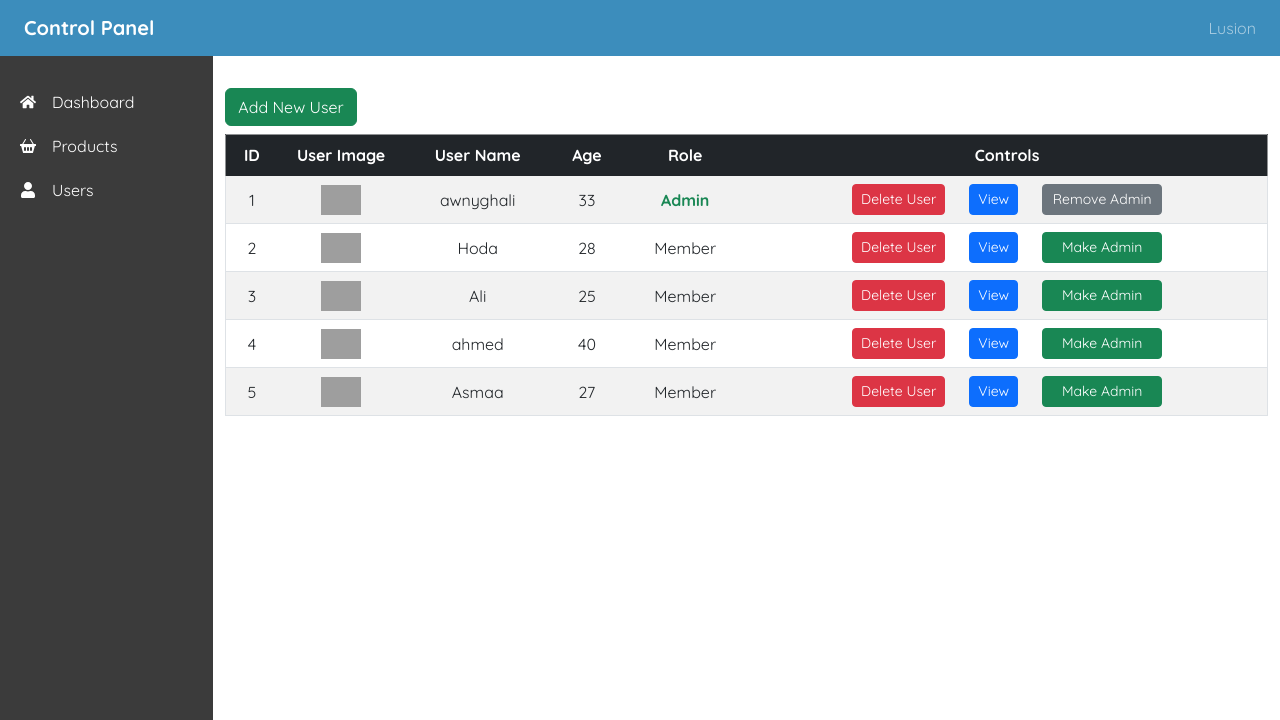
Repository: AWNY-ABOUGHALY/lusion-e-commerce-react
Page: /admin/users
The author's editor kept a copy of each file at every save. The page is drawn from the files as they stood at one save, then again after the next save.
The browser window is 1280 px wide. The pictures show the whole page.
Pictures or frames that could not be fetched are drawn as grey boxes. The page's requests for data from a server got no answer. The project was rebuilt for these pictures with package versions that can differ from the ones it lists, and the page was loaded fresh each time. Some packages were replaced by stand-ins written for this rebuild. No one was signed in, and anything a server would have sent is missing. Requests to the local data server were answered from the project's data file. Also part of the build but not shown: src/Components/ClientSide/Homeslider.js, src/Components/ClientSide/Homecategory.js, src/Components/ClientSide/Shopnowbtn.js, src/Components/ClientSide/Homeshop.js, src/Components/ClientSide/Homerestfirst.js, src/Components/ClientSide/Homerestlast.js, src/Styles/Home.css, src/Components/ClientSide/ClientNavbar.js and 22 more.

Above is the page before, as saved 2023-02-28 15:12:27.

### public/index.html
<!DOCTYPE html>
<html lang="en">
  <head>
    <meta charset="utf-8" />
    <meta name="viewport" content="width=device-width, initial-scale=1" />
    <link rel="preconnect" href="https://fonts.googleapis.com">
    <link rel="preconnect" href="https://fonts.gstatic.com" crossorigin>
    <link href="https://fonts.googleapis.com/css2?family=Quicksand:wght@300;400;500;600;700&family=Work+Sans:wght@200;300;400;500;600;800&display=swap" rel="stylesheet">
    <title>Lusion</title>
  </head>
  <body>
    <div id="root"></div>
  </body>
</html>

### src/index.js
import React from 'react';
import ReactDOM from 'react-dom/client';
import { BrowserRouter } from 'react-router-dom'
import 'bootstrap/dist/css/bootstrap.min.css'
import App from './App';

const root = ReactDOM.createRoot(document.getElementById('root'));
root.render(
  <BrowserRouter>
    <App />
  </BrowserRouter>
);

### src/App.js
import React, { Fragment, useEffect, useState } from 'react'
import { Route, Routes } from 'react-router-dom';
import './Styles/App.css';
import Home from './Pages/Home';
import Shop from './Pages/Shop';
import Cart from './Pages/Cart';
import SignIn from './Pages/SignIn';
import SignUp from './Pages/SignUp';
import Admin from './Pages/Admin';
import Page404 from './Pages/Page404';
import AdminProducts from './Components/AdminSide/AdminProducts'
import AddNewProduct from './Components/AdminSide/AddNewProduct';
import ViewProduct from './Components/AdminSide/ViewProduct';
import EditProduct from './Components/AdminSide/EditProduct';
import AdminUsers from './Components/AdminSide/AdminUsers';
import AddNewUser from './Components/AdminSide/AddNewUser';
import ViewUser from './Components/AdminSide/ViewUser';
import Settings from './Pages/Settings';
import Profile from './Pages/Profile';
import Store from './Context/Store';
import axios from 'axios';

function App() {
  const [cart, setCart] = useState([]);
  const [activeUser, setActiveUser] =  useState({});
  const [base_URL, setBase_URL] = useState("https://my-json-server.typicode.com/AWNY-ABOUGHALY/json")

  useEffect(()=>{
    // For Refresh Status
    if(!activeUser.token && localStorage.token) {
      axios.get(`${base_URL}/users/`)
      .then(data=>{setActiveUser(...data.data.filter((userA)=>{
        return userA.username === localStorage.username
     }))})
    }
  },[])

  useEffect(()=>{
    activeUser.token &&
    axios({
      method: 'put',
      url: `${base_URL}/users/${activeUser.id}`,
      data: {...activeUser, cart}
    })
  },[cart])

  useEffect(()=>{
    activeUser.cart && setCart(activeUser.cart)
  },[activeUser])

  const userOnline = ({username, id}, token)=>{
    if(id){
      axios.get(`${base_URL}/users/${id}`)
      .then(data=>setActiveUser(data.data))
    } else {
      axios.get(`${base_URL}/users`)
      .then(data=>setActiveUser(
        ...data.data.filter((userA)=>{
          return userA.username === username
        })
      ))
    }
    localStorage.username = username
    localStorage.token = token
  }

  const logOutUser = ()=>{
    setActiveUser({})
    setCart([])
    localStorage.clear()
  }

  const updateActiveUser = (id)=>{
    axios.get(`${base_URL}/users/${id}`)
    .then(data=>setActiveUser(data.data))
  }

  let addtocart = (product)=>{
    let checker = cart.some(e=>{
      return e.id === product.id
    })
    if(checker){
      let [cartProduct] = cart.filter((e)=>{
        return e.id === product.id
      })
      if(cartProduct.items > 0) {
        cartProduct.count++;
        cartProduct.items--;
        setCart([...cart]);
      }
    } else {
      product.count = +1;
      product.items--;
      setCart([...cart, product])
    }
  }
  let plusbtn = (product)=>{
    product.items>0&&(<>{product.items--}{product.count++}</>)
    setCart([...cart])
  }
  let minusbtn = (product)=>{
    product.count > 1 &&(<>{product.items++}{product.count--}</>)
    setCart([...cart])
  }
  let trashbtn = (product)=>{
    let restcart = cart.filter(e=>{
      return e.id !== product.id
    })
    setCart(restcart)
  }
  let totalamount = cart.length > 0 ? cart.map(e=>e.price * e.count).reduce((i,c)=>i + c) : 0;
  return (
    <Fragment>
      <Store.Provider
        value={{cart, addtocart, plusbtn, minusbtn, trashbtn, totalamount, activeUser, userOnline, logOutUser, updateActiveUser, base_URL}}>
        <Routes>
          <Route path='/' element={<Home/>}/>
          <Route path='/shop' element={<Shop/>}/>
          <Route path='/cart' element={<Cart/>}/>
          <Route path='/signin' element={<SignIn/>}/>
          <Route path='/signup' element={<SignUp/>}/>
          <Route path='/settings' element={<Settings/>}/>
          <Route path='/profile' element={<Profile/>}/>
          <Route path='/admin' element={<Admin/>}/>
          <Route path='/admin/products' element={<AdminProducts/>}/>
          <Route path='/admin/products/add' element={<AddNewProduct/>}/>
          <Route path='/admin/products/view/:productId' element={<ViewProduct/>}/>
          <Route path='/admin/products/edit/:productId' element={<EditProduct/>}/>
          <Route path='/admin/users' element={<AdminUsers/>}/>
          <Route path='/admin/users/add' element={<AddNewUser/>}/>
          <Route path='/admin/users/view/:userId' element={<ViewUser/>}/>
          <Route path='*' element={<Page404/>}/>
        </Routes>
      </Store.Provider>
    </Fragment>
  );
}
export default App;

### src/Styles/App.css
/************** Global Style ******************/
body {
    font-family: 'Quicksand', sans-serif;
  }
.flex-center {
    display: flex;
    justify-content: center;
    align-items: center;
}
.flex-start {
    display: flex;
    justify-content: flex-start;
    align-items: center;
}
.flex-col-center {
    display: flex;
    flex-direction: column;
    justify-content: center;
    align-items: center;
}
:root {
    --second-bg: #f5f5f5;
}
.closeicon {
    font-size: 24px;
    padding: 7px 7px 0 0;
    color: #d1d1d1;
    transition: 0.8s;
}
.closeicon:hover {
    color: #696969;
    cursor: pointer;
    transition: 0.8s;
}
.g-dash {
    font-weight: bold;
    color: #198754;
}
/******* Form Style *******/
.inpts {
    padding: 2px 10px;
}
.inpts::placeholder {
    font-size: 0.9rem;
    color: rgba(0, 0, 0, 0.459);
}
.inpts:focus, .inptbtn:focus {
    box-shadow: none;
    border-color: #198754bd;
    transition: 0.5s;
}

### src/Components/AdminSide/AdminUsers.js
import React, {Fragment, useEffect, useState, useContext} from 'react'
import { Container, Table, Row, Col } from 'react-bootstrap';
import '../../Styles/Admin.css'
import { Button } from 'react-bootstrap';
import AdminNavbar from './AdminNavbar';
import AdminSidebar from './AdminSidebar';
import { Link } from 'react-router-dom';
import axios from 'axios';
import Swal from 'sweetalert2';
import Store from '../../Context/Store';

function AdminUsers() {
  const [users, setUsers] = useState([]);
  const {base_URL} = useContext(Store)

  const getUsers = ()=>{
    axios({
      method: 'get',
      url: 'http://localhost:9000/users'
    }).then(data=>
      setUsers(data.data))
  }
  useEffect(()=>{
    getUsers();
  },[])

  const userRole = (user)=>{
    axios({
      method:'put',
      url:`http://localhost:9000/users/${user.id}`,
      data: {...user, role: user.role==="Admin"? "Member" : "Admin"},
    }).then(getUsers())
    getUsers();
  }
  const deletebtn = (user)=>{
    Swal.fire({
      title: 'Are you sure?',
      text: "You won't be able to revert this!",
      icon: 'warning',
      showCancelButton: true,
      confirmButtonColor: '#d33',
      cancelButtonColor: '#198754',
      confirmButtonText: 'Yes, delete User!'
    }).then((result) => {
      if (result.isConfirmed) {
        axios({
          method: 'delete',
          url: `http://localhost:9000/users/${user.id}`
        }).then(getUsers())
        Swal.fire(
          'Deleted!',
          'Your file has been deleted.',
          'success'
        )
        getUsers();
      }
    })
  }
  return (
    <Fragment>
    <AdminNavbar/>
    <Row className='gx-0 adminWorkSpace text-center text-sm-start'>
      <Col sm={3} lg={2}><AdminSidebar/></Col>
      <Col sm={9} lg={10} className="py-4">
      <Container>
        <Button as={Link} to='/admin/users/add' variant='success' className='my-2'>Add New User</Button>
        <Table striped hover responsive>
          <thead variant="dark" className='table-dark border border-dark border-opacity-50'>
            <tr>
              <th>ID</th>
              <th className='thwidth'>User Image</th>
              <th className='thwidth'>User Name</th>
              <th>Age</th>
              <th>Role</th>
              <th>Controls</th>
            </tr>
          </thead>
          <tbody className='border'>
            {users.map((user)=>(
              <tr className='producttr' key={user.id}>
                <td>{user.id}</td>
                <td className='productimage'><img src={user.image} alt={user.name}/></td>
                <td>{user.username}</td>
                <td>{user.age}</td>
                <td className={user.role === 'Admin'?'text-success fw-bold':''}>{user.role}</td>
                <td>
                  <div className='flex-center'>
                    <Button variant='danger' size={'sm'} className='text-nowrap'
                      onClick={()=>{deletebtn(user)}}>Delete User
                    </Button>
                    <Button as={Link} to={`/admin/users/view/${user.id}`}
                      variant='primary' size={'sm'} className='mx-1 mx-lg-3 mx-xl-4'>View
                    </Button>
                    <Button onClick={()=>{userRole(user)}}
                      className='text-nowrap makeAdmin' size={'sm'}
                      variant={user.role==='Admin'?'secondary':'success'}>
                       {user.role==='Admin'?'Remove Admin':'Make Admin'}
                    </Button>
                  </div>
                </td>
              </tr>
            ))}
          </tbody>
        </Table>
      </Container>
      </Col>
    </Row>
    </Fragment>
  )
}
export default AdminUsers;

### src/Context/Store.js
import { createContext } from "react";

const Store = createContext({
    cart: [],
    addtocart: ()=>{},
    plusbtn: ()=>{},
    minusbtn: ()=>{},
    trashbtn: ()=>{},
    totalamount: 0,
    activeUser: {},
    userOnline: ()=>{},
    logOutUser: ()=>{},
    updateActiveUser: ()=>{},
    base_URL: "",
})

export default Store;

### src/Styles/Admin.css
/********* Admin Navbar *********/
.adminNavbar {
    background-color: #3C8DBC;
}
/********* Admin Sidebar *********/

@media (min-width: 576px) {
    .adminSidebar {
        background-color: rgb(59, 59, 59);
        color: white;
        min-height: calc(100vh - 56px);
    }
    .adminSidebar .options {
        display: flex;
        justify-content: flex-start;
        align-items: center;
        padding: 10px 20px;
        cursor: pointer;
        text-decoration: none;
        color:white;
    }
}
@media (max-width: 575px) {
    .adminSidebar {
        display: flex;
        justify-content: center;
        align-items: center;
        background-color: rgb(59, 59, 59);
        color: white;
        height: 3rem;
    }
    .adminSidebar .options {
        display: flex;
        justify-content: center;
        align-items: center;
        padding: 10px 20px;
        cursor: pointer;
        text-decoration: none;
        color:white;
    }
}
@media (max-width: 400px) {
    .adminSidebar .options {
        padding: 10px 8px;
    }
    .adminSidebar .options span:first-child {
        font-size: 0.8rem;
    }
    .adminSidebar .options span:last-child {
        font-size: 1rem;
    }
}
@media (max-width: 330px) {
    .adminSidebar .options {
        padding: 10px 5px;
    }
    .adminSidebar .options span:first-child {
        font-size: 0rem;
    }
    .adminSidebar .options span:last-child {
        font-size: 0.9rem;
    }
}
.adminSidebar a {
    text-decoration: none!important;
}
.adminSidebar .options:hover {
    background-color: rgb(22, 22, 22);
}
.adminSidebar .optionslink {
    text-decoration: none;
    color:white;
}
/**** Admin Dashboard & (--Products & Users (AddNew & View)--) ****/
.adminWorkSpace {
    height: calc(100vh - 56px);
}
.producttr td, th {
    vertical-align:middle;
    text-align: center;
}
.productimage {
    padding: 2px 8px!important;
}
.productimage img {
    width: 40px;
}
.thwidth {
    max-width: 5rem;
}
.addinptspecial {
    padding: 2px 10px;
}
.addinptspecial::placeholder {
    font-size: 14px;
    color: rgba(0, 0, 0, 0.459);
}
.addinputs:focus {
    box-shadow: none;
    border-color: #198754bd;
    transition: 0.5s;
}
.addconfirm, .addfillfields {
    display: block;
    text-align: center;
}
.removeconfirm, .removefillfields {
    display: none;
}
.imgexample {
    font-size: 12px;
    opacity: 0.7;
}
.loading {
    width: 23px;
    height: 23px;
    margin: 0px 8px;
    border-radius: 50%;
    border: 2px solid #fff;
    border-color: #fff transparent #fff transparent;
    animation: loading 1s linear infinite;
  }
  @keyframes loading {
    0% {transform: rotate(0deg)}
    100% {transform: rotate(360deg)}
}
.awny {
    background-color: whitesmoke;
    font-weight: bold;
}
.userdetails {
    border: 2px dashed rgb(211, 211, 211);
    position: relative;
}
.userdetails::before {
    content: 'User Informations';
    position: absolute;
    top: -11px;
    left: 0;
    font-size: 13px;
    background-color: rgb(255, 255, 255);
    padding: 1px 5px;
}
.userrole {
    display: inline-block;
    font-size: 0.83rem;
    background-color: white;
    color: #DC3545;
    padding: 2px 7px;
    border-radius: 5px;
    font-weight: bold;
}
.makeAdmin {
    width: 7.5rem;
}

### src/Components/AdminSide/AdminNavbar.js
import React from 'react'
import { Navbar, Nav } from 'react-bootstrap'
import { Link } from 'react-router-dom';
import '../../Styles/Navbar.css'

function AdminNavbar() {
  return (
    <Navbar collapseOnSelect expand="lg" className='adminNavbar' variant="dark">
      <Nav className="me-auto ps-2 ps-sm-4">
        <Navbar.Brand as={Link} to='/admin' className='fw-bold'>Control Panel</Navbar.Brand>
      </Nav>
      <Navbar.Toggle aria-controls="responsive-navbar-nav" className='shadow-none me-2 me-sm-4'/>
      <Navbar.Collapse id="responsive-navbar-nav" className='me-4'>
        <Nav>
          <Link className='links' to="/">Lusion</Link>
        </Nav>
      </Navbar.Collapse>
    </Navbar>
  )
}
export default AdminNavbar;

### src/Components/AdminSide/AdminSidebar.js
import React from 'react'
import '../../Styles/Admin.css'
import { FaHome, FaUser } from "react-icons/fa";
import { BsBasket2Fill } from 'react-icons/bs';
import { Link } from 'react-router-dom';

function AdminSidebar() {
  return (
    <div className='adminSidebar py-4'>
      <Link to="/admin"><div className='options'>
        <span className='me-2 me-sm-3 flex-center'><FaHome/></span>
        <span>Dashboard</span>
      </div></Link>
      <Link to="/admin/products"><div className='options option2'>
        <span className='me-2 me-sm-3 flex-center'><BsBasket2Fill/></span>
        <span>Products</span>
      </div></Link>
      <Link to="/admin/users"><div className='options'>
        <span className='me-2 me-sm-3 flex-center'><FaUser/></span>
        <span className='flex-center'>Users</span>
      </div></Link>
    </div>
  )
}
export default AdminSidebar;

### src/Styles/Navbar.css
Nav .links {
    color: #ffffff8c;
    text-decoration: none;
    transition: 0.7s;
}
Nav .links:hover {
    color: #fff;
    transition: 0.7s;
}
.cartbtn {
    margin: 0 10px;
    width: 2rem;
    height: 2rem;
    padding: 0px;
    color: #ffffff8c;
    background-color: transparent;
    border-color: #ffffff8c;
}
.cartbtn:hover {
    color: #fff;
    border-color: #fff;
    background-color: transparent;
}
.cartbtn:active {
    background-color: #ffffff!important;
    border-color: #fff!important;
    color: #059e05b7!important;
}
.cartnav {
    position: relative;
}
.shopcart {
    position: absolute;
    color: white!important;
    display: flex;
    justify-content: center;
    align-items: center;
    width: 1.3rem;
    height: 1.3rem;
    font-size: 13px;
    border-radius: 50%;
    bottom: 15px;
    right: 1px;
    text-decoration: none;
    transition: 0.7s;
}
.navbar-collapse {
    flex-grow: 0!important;
}
/* .clearst {
    cursor: pointer;
} */
/****** Dropdown *********/
.dropname {
    padding-bottom: 0px!important;
}
.dropusername {
    padding-top: 0px!important;
    font-size: 13px;
}
.dropname:hover, .dropusername:hover {
    background-color: transparent!important;
}
.dropitems:hover {
    background-color: #212529;
    color: white;
}
.dropdown-menu[data-bs-popper] {
    left: -100%!important;
}

### db.json
{
  "products": [
    {
      "image": "https://i.ibb.co/C5716ry/shopC1.jpg",
      "name": "Hood",
      "price": 100,
      "items": 20,
      "id": 1
    },
    {
      "id": 2,
      "image": "https://i.ibb.co/MRs7CxD/shopC2.jpg",
      "name": "Shirt",
      "price": 120,
      "items": 10
    },
    {
      "image": "https://i.ibb.co/dQcFntw/shopC3.jpg",
      "name": "Shirt",
      "price": 125,
      "items": 1,
      "id": 3
    },
    {
      "image": "https://i.ibb.co/Nm5H3m7/shopC4.jpg",
      "name": "Shirt",
      "price": 135,
      "items": 80,
      "id": 4
    },
    {
      "id": 5,
      "image": "https://i.ibb.co/gjxG6pk/shopC5.jpg",
      "name": "Shirt",
      "price": 100,
      "items": 30
    },
    {
      "id": 6,
      "image": "https://i.ibb.co/0BXcB1k/shopC6.jpg",
      "name": "Shirt",
      "price": 220,
      "items": 70
    },
    {
      "image": "https://i.ibb.co/rQhxyKq/shopC7.jpg",
      "name": "Jeans",
      "price": "310",
      "items": 45,
      "id": 7
    },
    {
      "id": 8,
      "image": "https://i.ibb.co/1f3s1Kq/shopC8.jpg",
      "name": "Jeans",
      "price": 250,
      "items": 100
    },
    {
      "image": "https://i.ibb.co/wyVpQym/default-image.png",
      "name": "Hood",
      "price": "125",
      "items": 55,
      "id": 9
    }
  ],
  "users": [
    {
      "id": 1,
      "image": "https://cdn.shopify.com/s/files/1/0084/1724/7279/products/image_15_779b34a9-ec2c-49dc-8865-756d33e686bf.png?v=1623178157",
      "name": "Awny Aboughaly",
      "age": "33",
      "gender": "Male",
      "genderstatus": "Changeable",
      "email": "awnyaboughaly@yahoo.com",
      "username": "awnyghali",
      "password": "12345",
      "token": 775371751886541,
      "role": "Admin",
      "cart": [
        {
          "image": "https://i.ibb.co/dQcFntw/shopC3.jpg",
          "name": "Shirt",
          "price": 125,
          "items": 0,
          "id": 3,
          "count": 1
        },
        {
          "id": 2,
          "image": "https://i.ibb.co/MRs7CxD/shopC2.jpg",
          "name": "Shirt",
          "price": 120,
          "items": 9,
          "count": 1
        },
        {
          "image": "https://i.ibb.co/C5716ry/shopC1.jpg",
          "name": "Hood",
          "price": 100,
          "items": 19,
          "id": 1,
          "count": 1
        },
        {
          "id": 5,
          "image": "https://i.ibb.co/gjxG6pk/shopC5.jpg",
          "name": "Shirt",
          "price": 100,
          "items": 29,
          "count": 1
        }
      ]
    },
    {
      "id": 2,
      "image": "https://encrypted-tbn0.gstatic.com/images?q=tbn:ANd9GcSpnJbB5mUPbKmYK-OHN9g0g09ISVDMq3gM8A&usqp=CAU",
      "name": "Hoda Ramzy",
      "age": 28,
      "gender": "Female",
      "genderstatus": "Changed",
      "email": "hodaramzy11@yahoo.com",
      "username": "Hoda",
      "password": "55555",
      "token": 451426350287397,
      "role": "Member",
      "cart": [
        {
          "id": 6,
          "image": "https://i.ibb.co/0BXcB1k/shopC6.jpg",
          "name": "Shirt",
          "price": 220,
          "items": 65,
          "count": 5
        },
        {
          "id": 5,
          "image": "https://i.ibb.co/gjxG6pk/shopC5.jpg",
          "name": "Shirt",
          "price": 100,
          "items": 29,
          "count": 1
        }
      ]
    },
    {
      "image": "https://i.ibb.co/G06DZfR/default-user-image.png",
      "name": "Ali Hassan",
      "age": "25",
      "gender": "Male",
      "genderstatus": "Changeable",
      "email": "alihassan2000@gmail.com",
      "username": "Ali",
      "password": "123456",
      "token": 0,
      "role": "Member",
      "id": 3,
      "cart": []
    },
    {
      "image": "https://i.ibb.co/G06DZfR/default-user-image.png",
      "name": "ahmed",
      "age": "40",
      "gender": "Male",
      "genderstatus": "Changeable",
      "email": "ahmed888@gmail.com",
      "username": "ahmed",
      "password": "333",
      "token": 0,
      "role": "Member",
      "id": 4,
      "cart": []
    },
    {
      "image": "https://i.ibb.co/G06DZfR/default-user-image.png",
      "name": "Asmaa hadi",
      "age": "27",
      "gender": "Female",
      "genderstatus": "Changeable",
      "email": "asmaa_hadi999@gmail.com",
      "username": "Asmaa",
      "password": "123456",
      "token": 171022406582483,
      "role": "Member",
      "id": 5,
      "cart": [
        {
          "id": 8,
          "image": "https://i.ibb.co/1f3s1Kq/shopC8.jpg",
          "name": "Jeans",
          "price": 250,
          "items": 95,
          "count": 5
        },
        {
          "id": 7,
          "image": "https://i.ibb.co/rQhxyKq/shopC7.jpg",
          "name": "Jeans",
          "price": 300,
          "items": 39,
          "count": 6
        }
      ]
    }
  ]
}

After the next save:
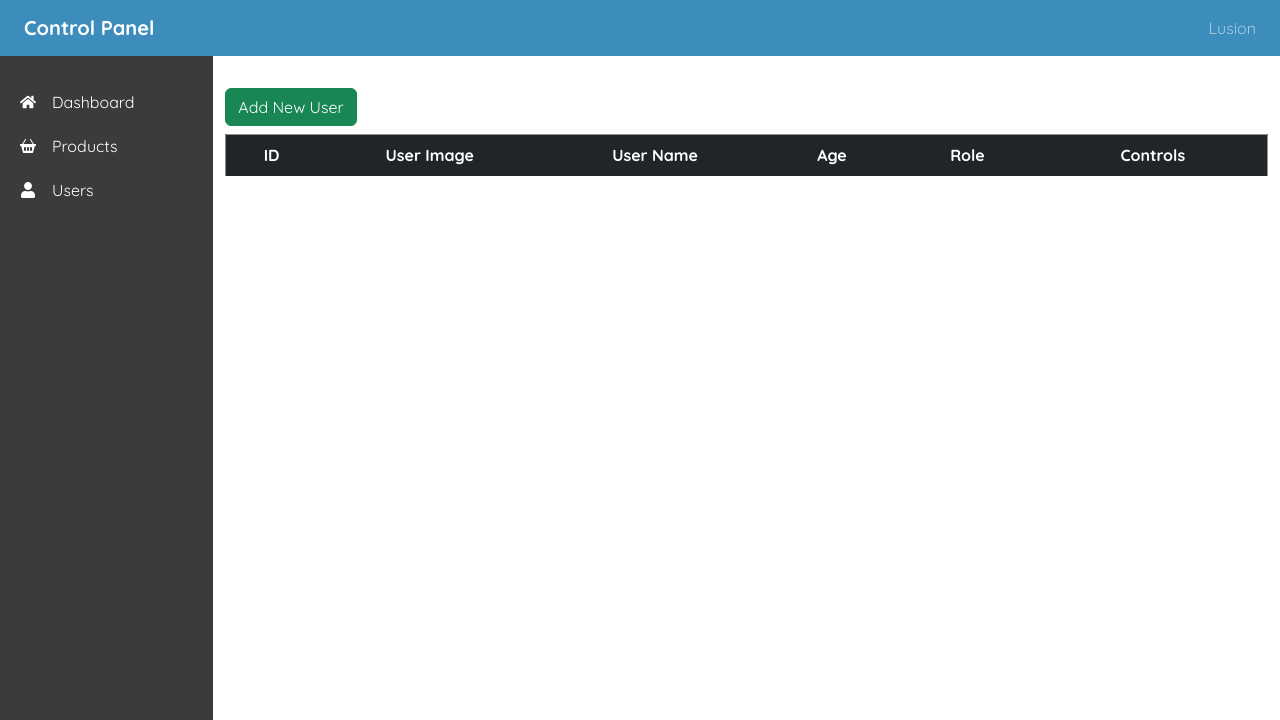
Saved 19 s later.
--- a/src/Components/AdminSide/AdminUsers.js
+++ b/src/Components/AdminSide/AdminUsers.js
@@ -16,7 +16,7 @@ function AdminUsers() {
   const getUsers = ()=>{
     axios({
       method: 'get',
-      url: 'http://localhost:9000/users'
+      url: '${base_URL}/users'
     }).then(data=>
       setUsers(data.data))
   }
@@ -27,7 +27,7 @@ function AdminUsers() {
   const userRole = (user)=>{
     axios({
       method:'put',
-      url:`http://localhost:9000/users/${user.id}`,
+      url:`${base_URL}/users/${user.id}`,
       data: {...user, role: user.role==="Admin"? "Member" : "Admin"},
     }).then(getUsers())
     getUsers();
@@ -45,7 +45,7 @@ function AdminUsers() {
       if (result.isConfirmed) {
         axios({
           method: 'delete',
-          url: `http://localhost:9000/users/${user.id}`
+          url: `${base_URL}/users/${user.id}`
         }).then(getUsers())
         Swal.fire(
           'Deleted!',
